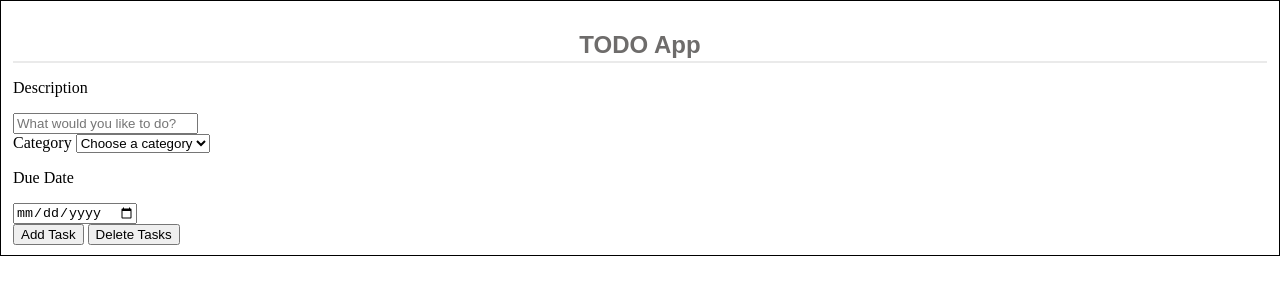
Repository: king-slayer97/TODO-App
Page: http://localhost/
These files come from the project's save history. The page is drawn as it stood at one moment and after the next save; the edit follows.
The browser window is 1280 px wide. The pictures show the whole page.
The page is served by the project's Node server (index.js).

Above is the page before, as saved 2022-08-15 14:06:23.

After the next save:
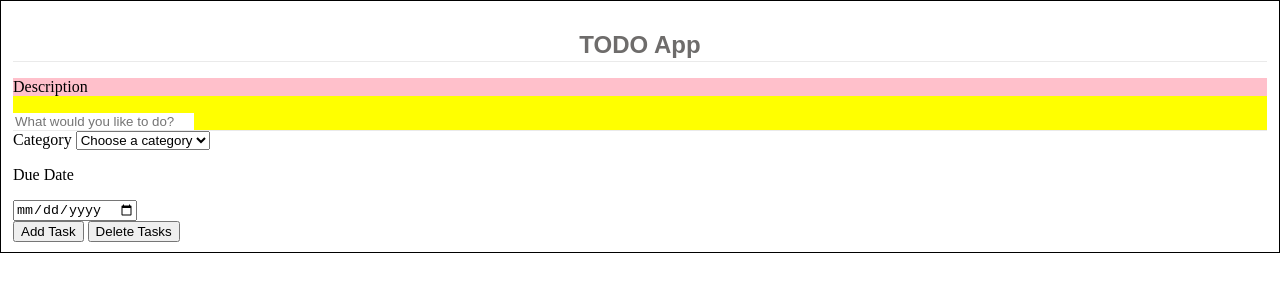
Saved 7 s later.
--- a/views/home.ejs
+++ b/views/home.ejs
@@ -15,7 +15,7 @@
             <h2>TODO App</h2>
         </div>
         <div class="description-wrapper">
-            <div class="description"></div>
+            <div class="description">
             <p>Description</p>
             <input type="text" placeholder="What would you like to do?">
         </div>
